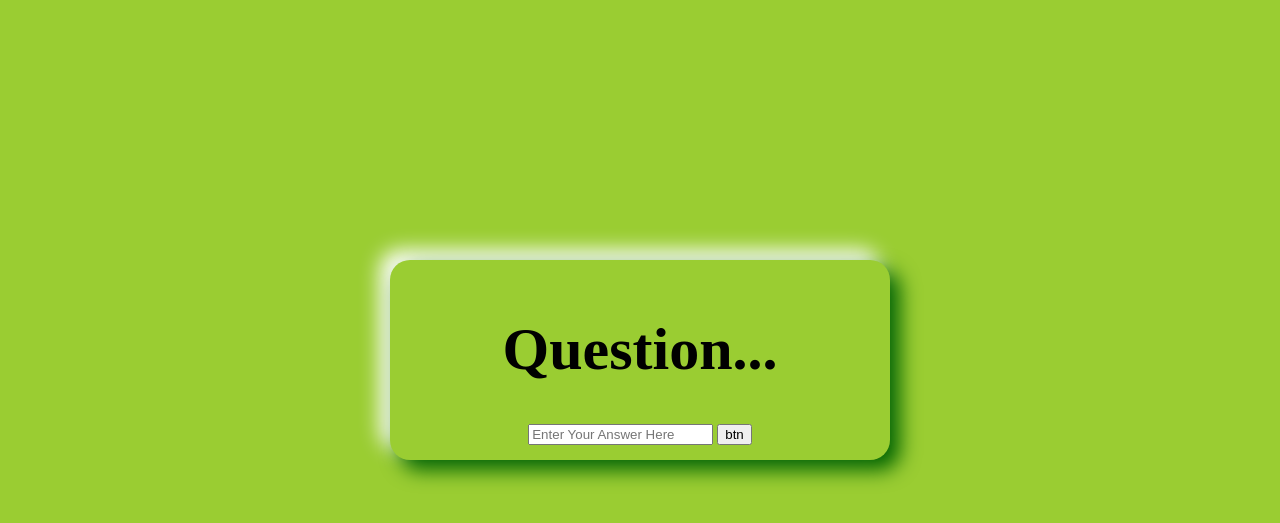
Repository: Joseph061200/Dynamic_Lab2
Page: joseph.html
The author's editor kept a copy of each file at every save. The page is drawn from the files as they stood at one save, then again after the next save.
The browser window is 1280 px wide. The pictures show the whole page.

Above is the page before, as saved 2020-02-20 14:20:14.

After the next save:
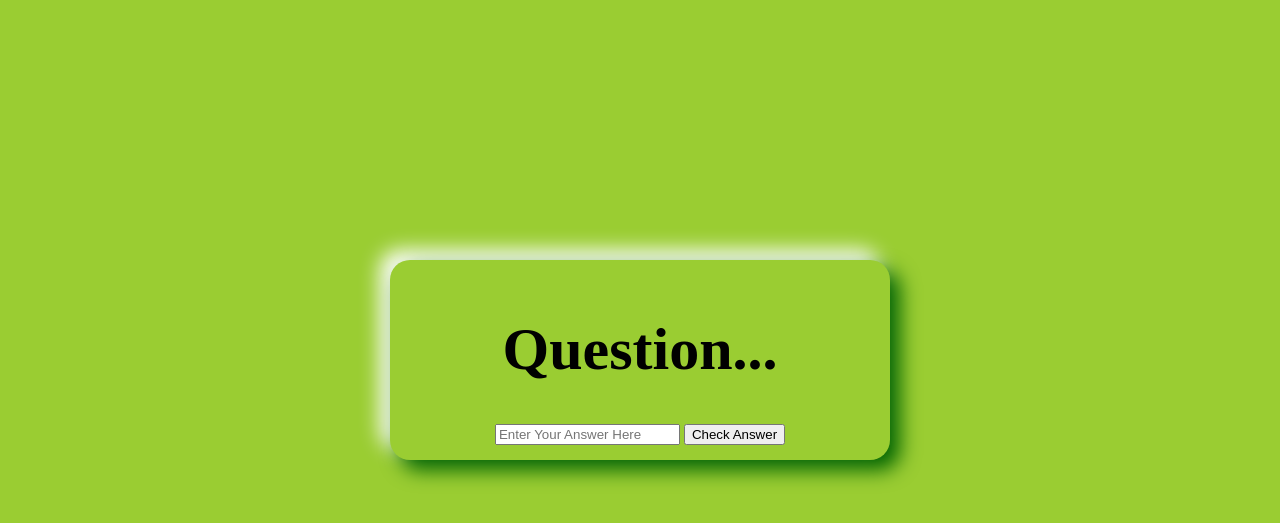
Saved 54 s later.
--- a/joseph.html
+++ b/joseph.html
@@ -10,7 +10,7 @@
                 <h1 class="h1">Question...</h1>
                 <div>
                     <input type="text" placeholder="Enter Your Answer Here">
-                    <button>btn</button>
+                    <button>Check Answer</button>
                 </div>
             </div>
         </div>
